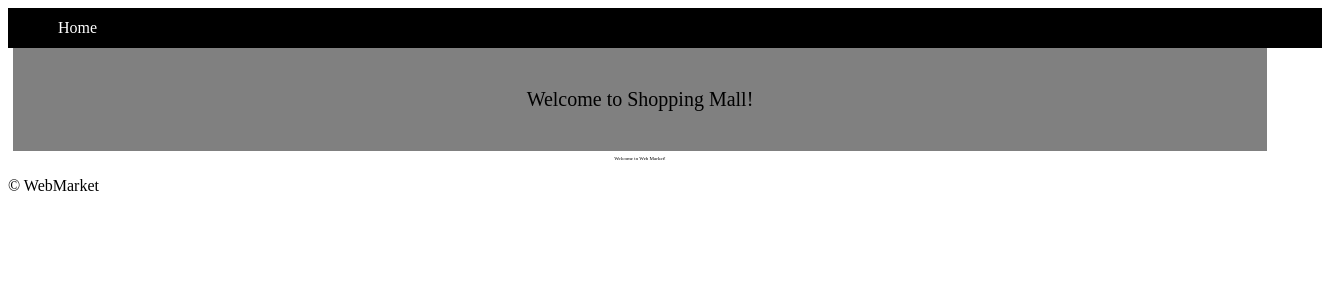
Repository: sunyeongan/Univ_lecture
Page: http://localhost/week7_jsp/ex5.jsp
The author's editor kept a copy of each file at every save. The page is drawn from the files as they stood at one save, then again after the next save.
The browser window is 1280 px wide. The page is 1322 px wide, so the pictures cover 1322 px, including what lies to the right of the window. The pictures show the whole page.
The page is served by Tomcat 9.

Above is the page before, as saved 2022-04-14 03:04:46.

After the next save:
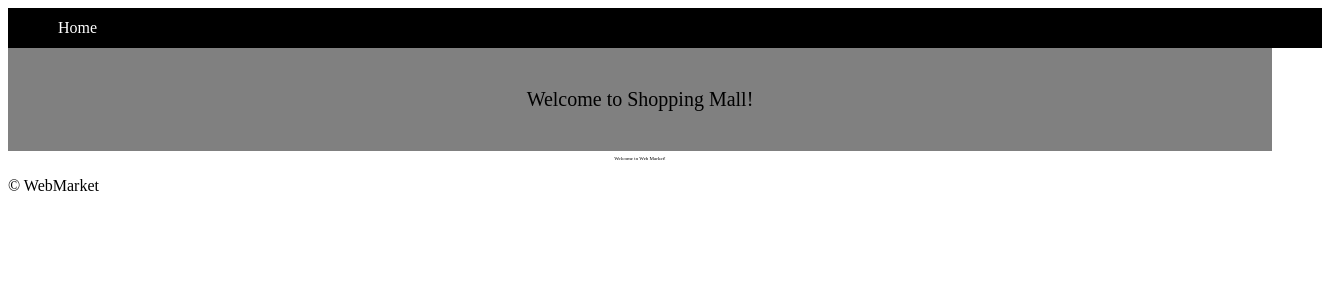
Saved 23 s later.
--- a/WebSever_2022/work/week7/week7_jsp/src/main/webapp/ex5.jsp
+++ b/WebSever_2022/work/week7/week7_jsp/src/main/webapp/ex5.jsp
@@ -8,8 +8,6 @@
 <style>
 	div{
 		text-align : center;
-		margin-left : 5px;
-		margin-right : 5px;
 	}
 	.site{
 		width : 100%;
@@ -22,7 +20,6 @@
 		padding : 20px 0;
 		background-color : grey;
 		font-size : 20px;
-		text-align : center;
 
 	}
 	.mid{
